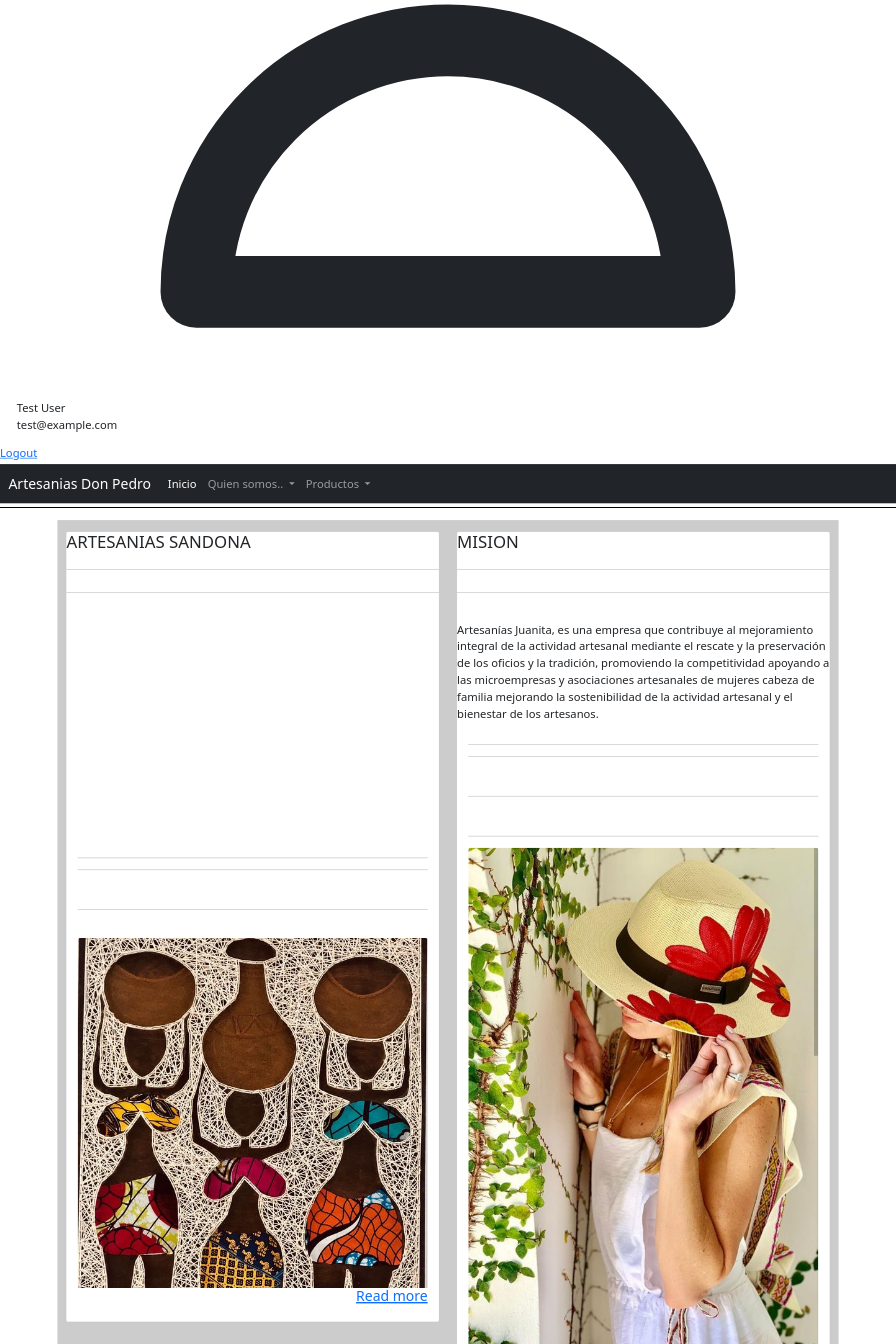
Repository: PG210/taller_artesania
Page: http://localhost/arte/mision
An editor plug-in stored every save of this project. The page is shown before and after the next save, followed by the edit.
The browser window is 1280 px wide. The pictures show the part of the page from y = 2180 to 4100 px (the page is 4426 px tall), at 70% of full size.
Pictures or frames that could not be fetched are drawn as grey boxes. The page is served by the project's Laravel application, run on PHP 8.4 with Laravel 8. A made-up administrator, Test User (test@example.com), is signed in.

Above is the page before, as saved 2021-01-14 16:17:16.

After the next save:
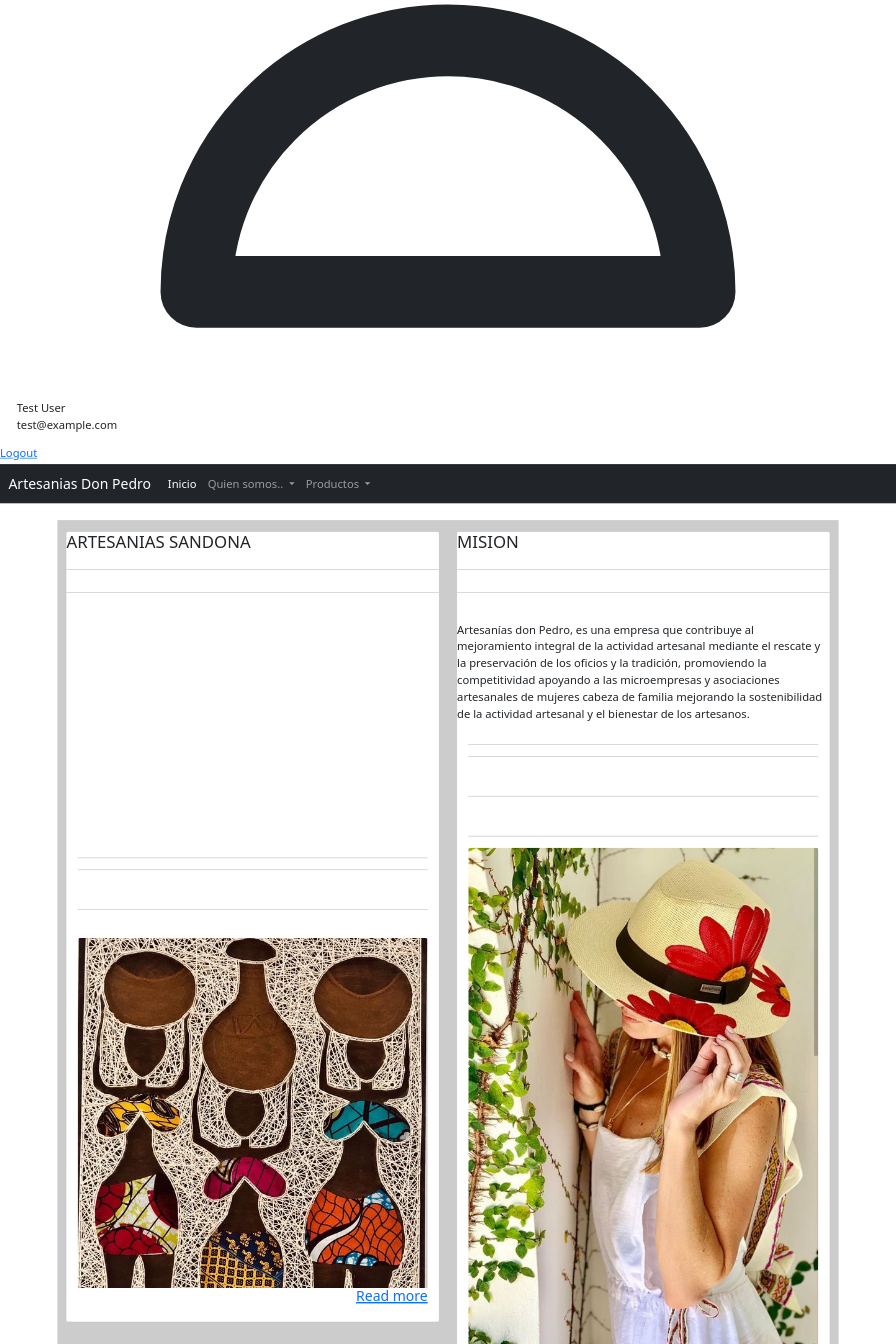
Saved 38 s later.
--- a/resources/views/arte/mision.blade.php
+++ b/resources/views/arte/mision.blade.php
@@ -81,7 +81,7 @@
                         <hr class="hr-light">
                         <hr class="hr-light">
                         <br>
-                        Artesanías Juanita, es una empresa que contribuye al mejoramiento integral de la actividad artesanal mediante el rescate y la preservación de los oficios y la tradición, promoviendo la competitividad apoyando a las microempresas y asociaciones artesanales de mujeres cabeza de familia mejorando la sostenibilidad de la actividad artesanal y el bienestar de los artesanos.
+                        Artesanías don Pedro, es una empresa que contribuye al mejoramiento integral de la actividad artesanal mediante el rescate y la preservación de los oficios y la tradición, promoviendo la competitividad apoyando a las microempresas y asociaciones artesanales de mujeres cabeza de familia mejorando la sostenibilidad de la actividad artesanal y el bienestar de los artesanos.
 
                     <!-- Card content -->
                     <div class="card-body elegant-color white-text rounded-bottom">
